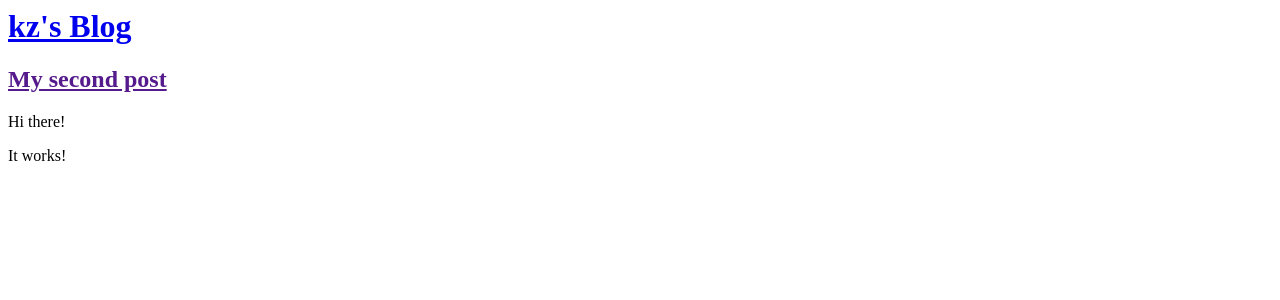
Repository: harakzi/my_second_blog
Page: blog/templates/blog/post_list.html
An editor plug-in stored every save of this project. The page is shown before and after the next save, followed by the edit.
The browser window is 1280 px wide. The pictures show the whole page.

Above is the page before, as saved 2019-05-26 09:32:03.

After the next save:
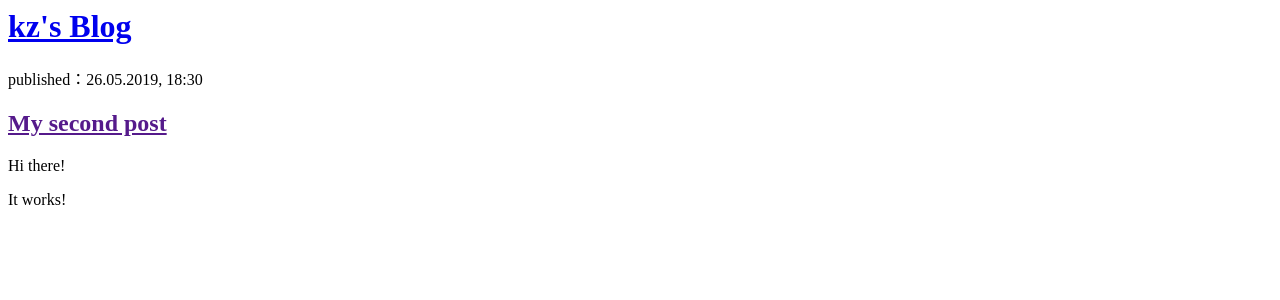
Saved 60 s later.
--- a/blog/templates/blog/post_list.html
+++ b/blog/templates/blog/post_list.html
@@ -8,6 +8,7 @@
 		</div>
 
 		<div>
+			<p>published：26.05.2019, 18:30</p>
 			<h2><a href="">My second post</a></h2>
 		</div>
 
